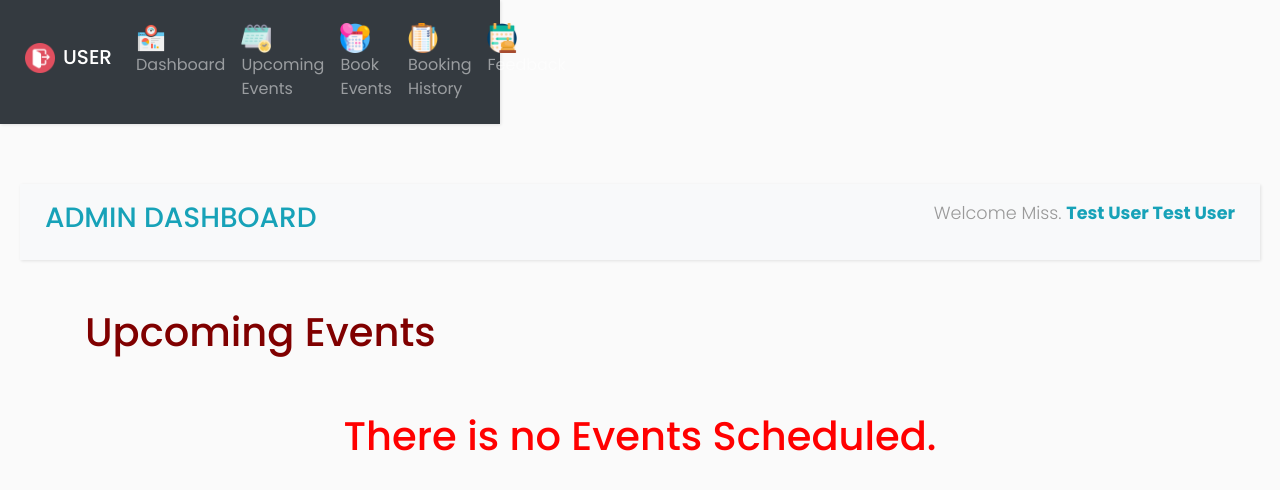
Repository: kalaprabhakar/Event_Management
Page: http://localhost/Event_Management_System/WEB-INF/pages/show_events.jsp
These files come from the project's save history. The page is drawn as it stood at one moment and after the next save; the edit follows.
The browser window is 1280 px wide. The pictures show the whole page.
An inner scrolling area shows only its first screen. Some web libraries are served in a nearby version. The page is served by Tomcat 10. The session is filled in as if someone had signed in: {"Admin_firstname": "Test User", "Admin_lastname": "Test User", "Admin_email": "test@example.com", "Admin_phone": 1, "Admin_address": 1, "Admin_gender": 1, "Admin_id": 1, "Admin_role": "admin", "totalEvents": 1, "User_firstname": "Test User", "User_lastname": "Test User", "User_email": "test@example.com", "User_phone": 1, "User_address": 1, "User_gender": 1, "User_id": 1, "User_role": "admin"}. The template is opened directly, without the code that normally fills it, so the values that code supplies are empty.

Above is the page before, as saved 2024-05-11 10:46:17.

After the next save:
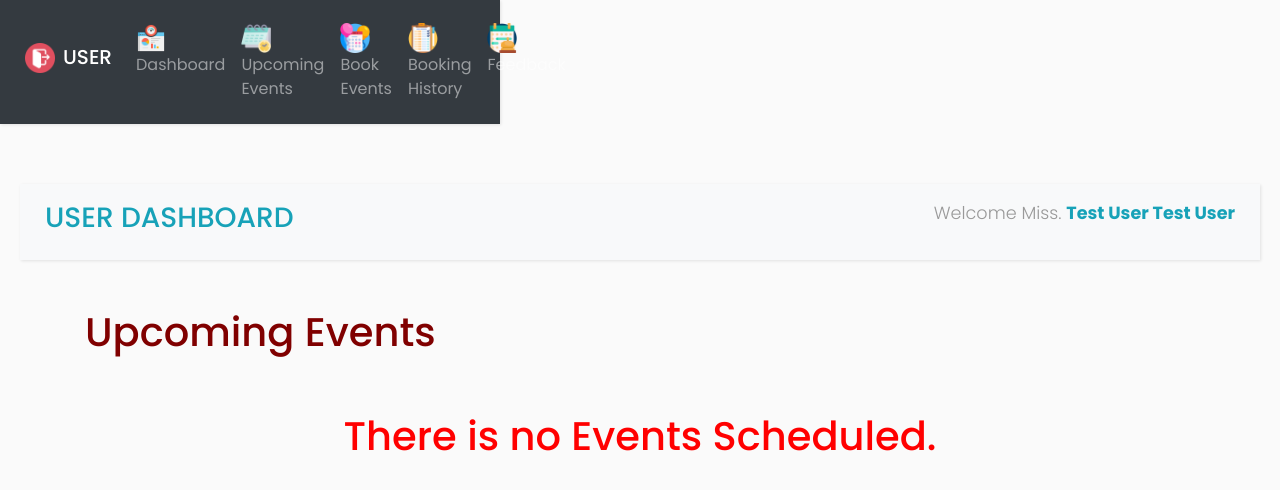
Saved 20 s later.
--- a/Hyscaler/Event_Management_System/src/main/webapp/WEB-INF/pages/show_events.jsp
+++ b/Hyscaler/Event_Management_System/src/main/webapp/WEB-INF/pages/show_events.jsp
@@ -26,7 +26,7 @@ if (session.getAttribute("User_email") == null) {
 		<div class="container-fluid">
 
 			<div>
-				<h3 class="text-info">ADMIN DASHBOARD</h3>
+				<h3 class="text-info">USER DASHBOARD</h3>
 			</div>
 			<div>
 				<p>
